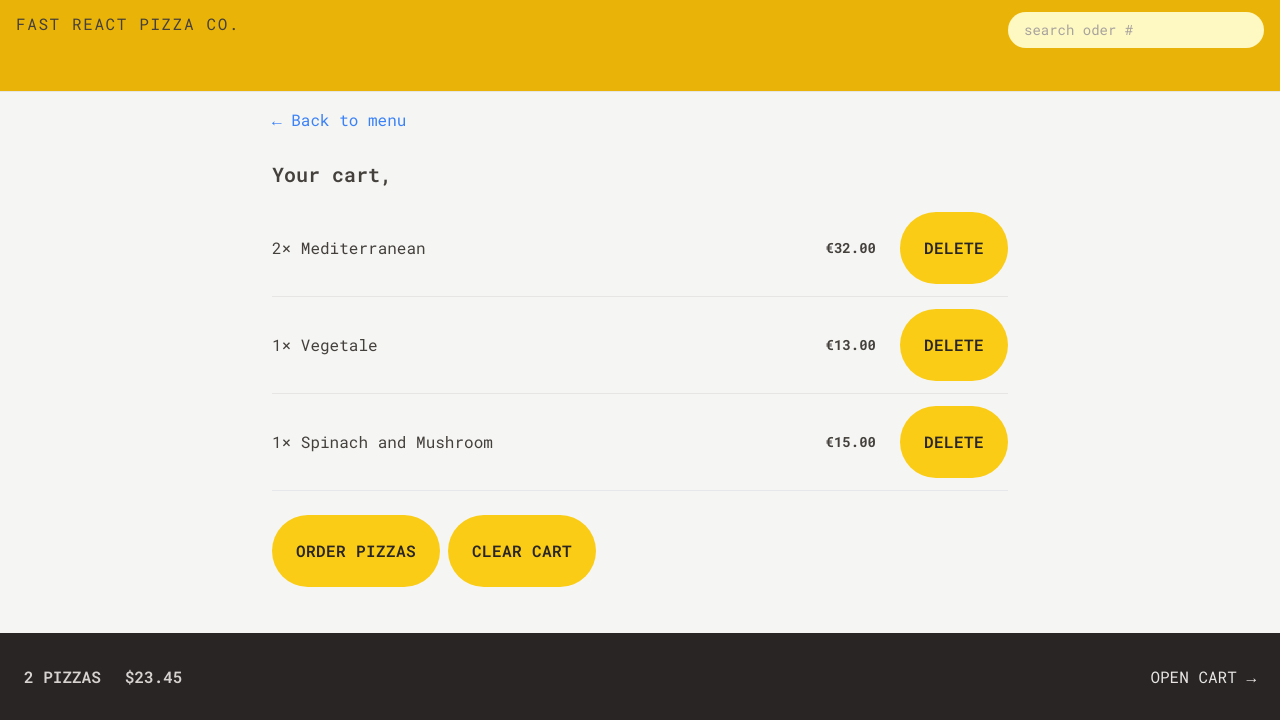
Repository: ayakhaled0001/pizza-delivery
Page: /cart
These files come from the project's save history. The page is drawn as it stood at one moment and after the next save; the edit follows.
The browser window is 1280 px wide. The pictures show the whole page.
The project was rebuilt for these pictures with package versions that can differ from the ones it lists, and the page was loaded fresh each time. Also part of the build but not shown: vite.config.js, src/features/user/UserName.jsx, src/features/user/CreateUser.jsx, src/ui/Home.jsx, src/services/apiRestaurant.jsx, src/features/menu/MenuItem.jsx, src/features/menu/Menu.jsx, src/features/order/OrderItem.jsx and 3 more. Imported but missing from the stored project, and not drawn on this page: src/features/order/CreateOrder.

Above is the page before, as saved 2025-05-08 22:27:08.

### index.html
<!DOCTYPE html>
<html lang="en">
  <head>
    <meta charset="UTF-8" />
    <link rel="icon" type="image/svg+xml" href="/vite.svg" />
    <meta name="viewport" content="width=device-width, initial-scale=1.0" />
    <link rel="preconnect" href="https://fonts.googleapis.com" />
    <link rel="preconnect" href="https://fonts.gstatic.com" crossorigin />
    <link
      href="https://fonts.googleapis.com/css2?family=Roboto+Mono:ital,wght@0,100..700;1,100..700&display=swap"
      rel="stylesheet" />
    <title>fast react pizza</title>
  </head>
  <body class="bg-stone-100 text-stone-700">
    <div id="root"></div>
    <script type="module" src="/src/main.jsx"></script>
  </body>
</html>

### src/main.jsx
import { StrictMode } from "react";
import { createRoot } from "react-dom/client";
import App from "./App.jsx";
import "./index.css";
import { Provider } from "react-redux";
import store from "./store.js";

createRoot(document.getElementById("root")).render(
  <StrictMode>
    <Provider store={store}>
      <App />
    </Provider>
  </StrictMode>
);

### src/App.jsx
import { createBrowserRouter, RouterProvider } from "react-router-dom";
import Home from "./ui/Home";
import Menu, { loader as menuLoader } from "./features/menu/Menu";
import Cart from "./features/cart/Cart";
import CreateOrder, {
  action as CreateOrderAction,
} from "./features/order/CreateOrder";
import Order, { loader as orderLoader } from "./features/order/Order";
import AppLayout from "./ui/AppLayout";
import Error from "./ui/Error";
const router = createBrowserRouter([
  {
    element: <AppLayout />,
    children: [
      { path: "/", element: <Home /> },
      {
        path: "/menu",
        element: <Menu />,
        loader: menuLoader,
        errorElement: <Error />,
      },
      { path: "/cart", element: <Cart /> },
      {
        path: "/order/new",
        element: <CreateOrder />,
        action: CreateOrderAction,
      },
      {
        path: "/order/:orderId",
        element: <Order />,
        loader: orderLoader,
        errorElement: <Error />,
      },
    ],
  },
]);
function App() {
  return <RouterProvider router={router} />;
}

export default App;

### src/index.css
@tailwind base;
@tailwind components;
@tailwind utilities;

@layer components {
  .input {
    @apply rounded-full border
    border-stone-200
    px-4 py-2 text-sm transition-all
    duration-300 focus:outline-none
    focus:ring focus:ring-yellow-400
    md:px-5;
  }

  .loader {
    width: 45px;
    aspect-ratio: 0.75;
    --c: no-repeat linear-gradient(theme(colors.stone.700) 0 0);
    background: var(--c) 0% 50%, var(--c) 50% 50%, var(--c) 100% 50%;
    background-size: 20% 50%;
    animation: loading 1s infinite linear;
  }

  @keyframes loading {
    20% {
      background-position: 0% 0%, 50% 50%, 100% 50%;
    }
    40% {
      background-position: 0% 100%, 50% 0%, 100% 50%;
    }
    60% {
      background-position: 0% 50%, 50% 100%, 100% 0%;
    }
    80% {
      background-position: 0% 50%, 50% 50%, 100% 100%;
    }
  }
}

/* body {
  font-family: system-ui, -apple-system, BlinkMacSystemFont, "Segoe UI", Roboto,
    Oxygen, Ubuntu, Cantarell, "Open Sans", "Helvetica Neue", sans-serif;
  background-color: #f7f7f7;
  color: #444;
}

.layout {
  display: grid;
  grid-template-rows: auto 1fr auto;
  gap: 32px;
  height: 100dvh;
} */

/* https://dev.to/afif/i-made-100-css-loaders-for-your-next-project-4eje */

### src/store.js
import { configureStore } from "@reduxjs/toolkit";

import userReducer from "./features/user/userSlice";
import cartReducer from "./features/cart/cartSlice";
const store = configureStore({
  reducer: {
    user: userReducer,
    cart: cartReducer,
  },
});

export default store;

### src/features/cart/Cart.jsx
import { Link } from "react-router-dom";
import LinkButton from "../../ui/LinkButton";
import Button from "../../ui/Button";
import CartItem from "./CartItem";
import { useSelector } from "react-redux";

const fakeCart = [
  {
    pizzaId: 12,
    name: "Mediterranean",
    quantity: 2,
    unitPrice: 16,
    totalPrice: 32,
  },
  {
    pizzaId: 6,
    name: "Vegetale",
    quantity: 1,
    unitPrice: 13,
    totalPrice: 13,
  },
  {
    pizzaId: 11,
    name: "Spinach and Mushroom",
    quantity: 1,
    unitPrice: 15,
    totalPrice: 15,
  },
];

function Cart() {
  const username = useSelector((state) => state.user.username);
  const cart = fakeCart;

  return (
    <div className="px-4 py-4">
      <LinkButton to="/menu">&larr; Back to menu</LinkButton>

      <h2 className="mt-7 text-xl font-semibold">Your cart,{username}</h2>
      <ul className="divide-y divide-stone-200 border-b mt-3 ">
        {cart.map((item) => (
          <CartItem key={item.key} item={item} />
        ))}
      </ul>
      <div className="mt-6 space-x-2">
        <Button to="/order/new">Order pizzas</Button>
        {/* <Link>Order pizzas</Link> */}
        <Button>Clear cart</Button>
      </div>
    </div>
  );
}

export default Cart;

### src/ui/AppLayout.jsx
import Header from "./Header";
import CartOverview from "../features/cart/CartOverview";
import { Outlet, useNavigation } from "react-router-dom";
import Loader from "./Loader";

function AppLayout() {
  const navigation = useNavigation();
  const isLoading = navigation.state === "loading";
  console.log(navigation.state);
  return (
    <div className="grid h-screen grid-row-[auto_1fr_auto]">
      {isLoading && <Loader />}

      <Header />
      <div className="">
        <main className="max-w-3xl mx-auto">
          <Outlet />
        </main>
      </div>
      <CartOverview />
    </div>
  );
}

export default AppLayout;

### src/features/user/userSlice.js
// function getPosition() {
//   return new Promise(function (resolve, reject) {
//     navigator.geolocation.getCurrentPosition(resolve, reject);
//   });
// }

import { createSlice } from "@reduxjs/toolkit";

// async function fetchAddress() {
//   // 1) We get the user's geolocation position
//   const positionObj = await getPosition();
//   const position = {
//     latitude: positionObj.coords.latitude,
//     longitude: positionObj.coords.longitude,
//   };

//   // 2) Then we use a reverse geocoding API to get a description of the user's address, so we can display it the order form, so that the user can correct it if wrong
//   const addressObj = await getAddress(position);
//   const address = `${addressObj?.locality}, ${addressObj?.city} ${addressObj?.postcode}, ${addressObj?.countryName}`;

//   // 3) Then we return an object with the data that we are interested in
//   return { position, address };
// }

const initialState = {
  username: "",
};

const userSlice = createSlice({
  name: "user",
  initialState,
  reducers: {
    updateName(state, action) {
      state.username = action.payload;
    },
  },
});

export const { updateName } = userSlice.actions;

export default userSlice.reducer;

### src/features/cart/cartSlice.js
import { createSlice } from "@reduxjs/toolkit";

const initialState = {
  cart: [
    {
      pizzaId: 12,
      name: "mediterran",
      quantity: 2,
      unitPrice: 16,
      totalPrice: 32,
    },
  ],
};

const cartSlice = createSlice({
  name: "cart",
  initialState,
  reducers: {
    addItem(state, action) {
      // payload :newitem
      state.cart.push(action.payload);
    },
    deleteItem(state, action) {
      //payload id of the pizza item
      state.cart = state.cart.filter((item) => item.pizzaId !== action.payload);
    },
    increaseItemQuantity(state, action) {
      // payload = id
      const item = state.cart.find((item) => item.pizzaId === action.payload);
      item.quantity++;
      item.totalPrice = item.quantity * item.unitPrice;
    },
    decreaseItemQuantity(state, action) {
      // payload = id
      const item = state.cart.find((item) => item.pizzaId === action.payload);
      item.quantity--;
      item.totalPrice = item.quantity * item.unitPrice;
    },
    clearCart(state) {
      state.cart = [];
    },
  },
});

export const {
  addItem,
  deleteItem,
  increaseItemQuantity,
  decreaseItemQuantity,
  clearCart,
} = cartSlice.actions;

export default cartSlice.reducer;
export const getTotalCartQuantity = (state) =>
  state.cart.cart.reduce((sum, item) => sum + item.quantity, 0);

export const getTotalCartPrice = (state) =>
  state.cart.cart.reduce((sum, item) => sum + item.totalPrice, 0);

// reselect library to look into

### src/ui/Button.jsx
import { Link } from "react-router-dom";

function Button({ disabled, children, to, onClick }) {
  const className = `bg-yellow-400 uppercase font-semibold
    text-stone-800 py-3 px-4
     inline-block tracking-wide
     rounded-full hover:bg-yellow-300  transition-all duration-300
    focus:outline-none focus:ring focus:ring-yellow-300 focus:ring-offset-2
    disabled:cursor-not-allowed sm:px-6 sm:py-6`;
  if (to)
    return (
      <Link to={to} className={className}>
        {children}
      </Link>
    );
  if (onClick)
    return (
      <button onClick={onClick} disabled={disabled} className={className}>
        {children}
      </button>
    );
  return (
    <button disabled={disabled} className={className}>
      {children}
    </button>
  );
}

export default Button;

### src/ui/LinkButton.jsx
import { Link, useNavigate } from "react-router-dom";

function LinkButton({ children, to }) {
  const navigate = useNavigate();
  if (to === -1)
    return (
      <button
        onClick={() => navigate(-1)}
        className="tex-sm text-blue-500 hover:text-blue-700 hover:underline">
        {children}
      </button>
    );
  return (
    <Link
      to={to}
      className="tex-sm text-blue-500 hover:text-blue-700 hover:underline">
      {children}
    </Link>
  );
}

export default LinkButton;

### src/features/cart/CartItem.jsx
import Button from "../../ui/Button";
import { formatCurrency } from "../../utilities/helpers";

function CartItem({ item }) {
  const { pizzaId, name, quantity, totalPrice } = item;

  return (
    <li className="py-3 sm:flex sm:items-center sm:justify-between">
      <p className="mb-1 sm:mb-0">
        {quantity}&times; {name}
      </p>
      <div className="flex justify-between items-center sm:gap-6">
        <p className="text-sm font-bold">{formatCurrency(totalPrice)}</p>
        <Button>Delete</Button>
      </div>
    </li>
  );
}

export default CartItem;

### src/ui/Header.jsx
import { Link } from "react-router-dom";
import SearchOrder from "../features/order/SearchOrder.jsx";
import UserName from "../features/user/UserName.jsx";

function Header() {
  return (
    <header className=" flex justify-between bg-yellow-500 px-4 py-3 uppercase border-b border-stone-200">
      <Link to="/" className="tracking-widest">
        Fast React Pizza Co.
      </Link>
      <SearchOrder />
      <UserName />
    </header>
  );
}

export default Header;

### src/features/cart/CartOverview.jsx
import { useSelector } from "react-redux";
import { Link } from "react-router-dom";
import { getTotalCartQuantity } from "./cartSlice";

function CartOverview() {
  const totalCartQuantity = useSelector(getTotalCartQuantity);
  return (
    <div
      className="bg-stone-800 text-stone-200 uppercase p-4 sm:px-6 px-4 py-4
    md:text-base flex items-center justify-between">
      <p className="text-stone-300 sm:space-x-6 font-semibold space-x-4">
        <span>{totalCartQuantity} pizzas</span>
        <span>$23.45</span>
      </p>
      <Link to="/cart">Open cart &rarr;</Link>
    </div>
  );
}

export default CartOverview;

### src/features/order/SearchOrder.jsx
import { useState } from "react";
import { useNavigate } from "react-router-dom";

function SearchOrder() {
  const [query, setQuery] = useState("");
  const navigate = useNavigate();
  function handleSubmit(e) {
    e.preventDefault();
    if (!query) return;
    navigate(`/order/${query}`);
    setQuery("");
  }
  return (
    <form onSubmit={handleSubmit}>
      <input
        placeholder="search oder #"
        value={query}
        onChange={(e) => setQuery(e.target.value)}
        className="duration-300 sm:w-64 focus:outline-none focus:ring
         focus:ring-yellow-500 focus:ring-opacity-50  sm:focus:w-72 transition-all w-28
         bg-yellow-100 rounded-full px-4 py-2 text-sm placeholder:text-stone-400"
      />
    </form>
  );
}

export default SearchOrder;

### tailwind.config.js
/** @type {import('tailwindcss').Config} */
export default {
  content: ["./index.html", "./src/**/*.{js,jsx,ts,tsx}"],
  theme: {
    fontFamily: {
      sans: "Roboto Mono , monospace",
    },
    extend: {
      fontSize: {
        huge: ["80rem", { lineHeight: "1" }],
      },
      height: {
        screen: "100dvh",
      },
    },
  },
  plugins: [],
};

Loaded but not shown: src/utilities/helpers.jsx (common file)

After the next save:
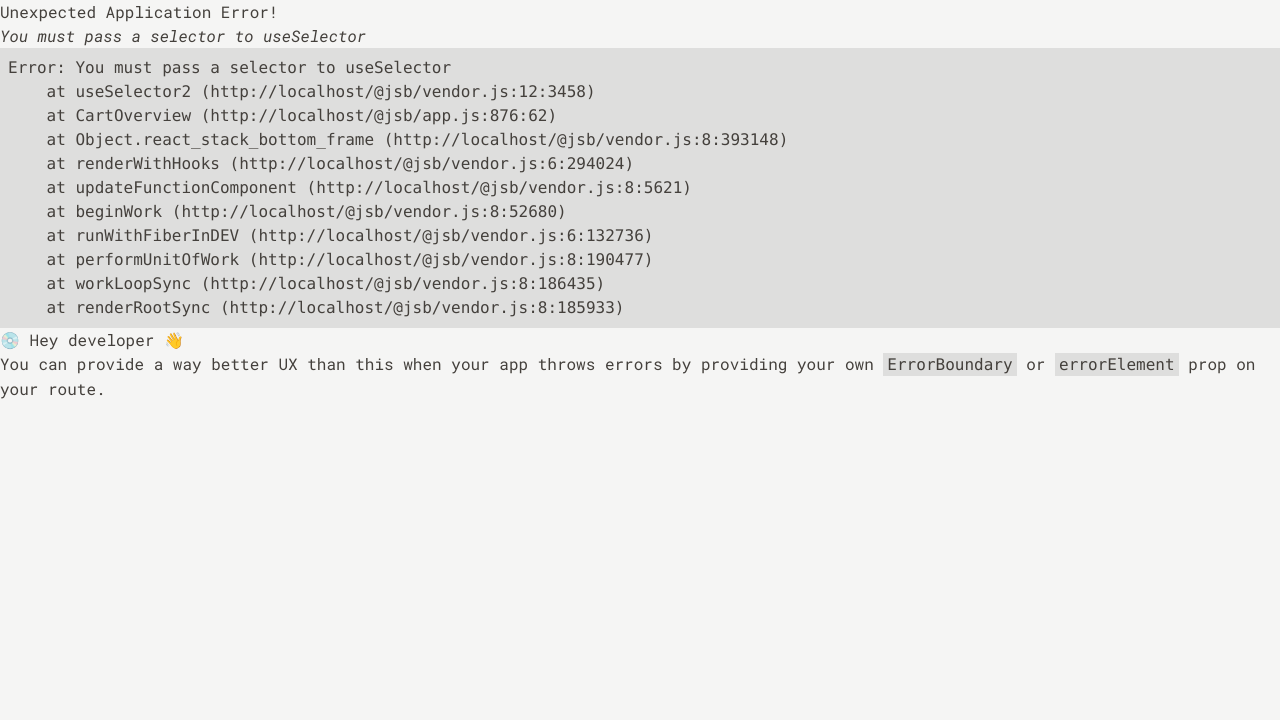
Saved 31 s later.
--- a/src/features/cart/CartOverview.jsx
+++ b/src/features/cart/CartOverview.jsx
@@ -4,6 +4,7 @@ import { getTotalCartQuantity } from "./cartSlice";
 
 function CartOverview() {
   const totalCartQuantity = useSelector(getTotalCartQuantity);
+  const totalCartPrice = useSelector();
   return (
     <div
       className="bg-stone-800 text-stone-200 uppercase p-4 sm:px-6 px-4 py-4
